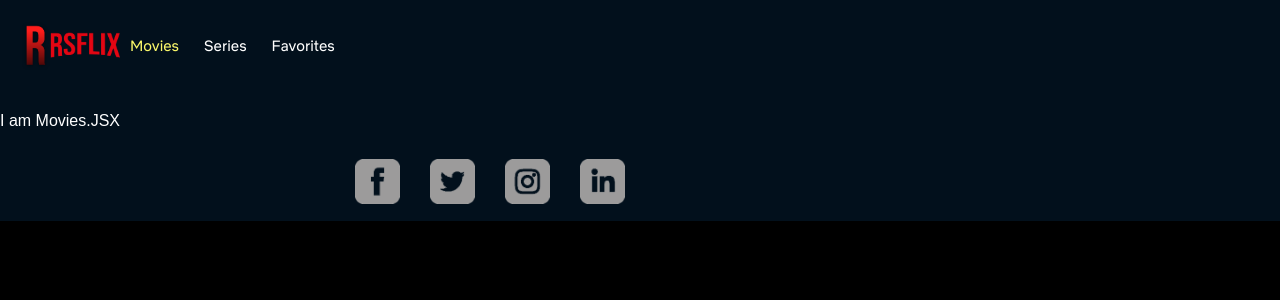
Repository: ronnysalas459/final_project_react
Page: /
These files come from the project's save history. The page is drawn as it stood at one moment and after the next save; the edit follows.
The browser window is 1280 px wide. The pictures show the whole page.
The project was rebuilt for these pictures with package versions that can differ from the ones it lists, and the page was loaded fresh each time. Also part of the build but not shown: src/containers/Series.jsx, src/containers/Favorites.jsx.

Above is the page before, as saved 2021-09-29 20:55:33.

### src/index.jsx
import React from "react";
import ReactDOM from "react-dom";
import { Provider } from "react-redux";
import { compose } from "redux";
import { createStore, applyMiddleware } from "redux";
import logger from "redux-logger";
import reducer from "./reducers";
import App from "./routes/App";

const initialState = {
  favoriteMovies: [],
  sectionActive: "Movies",
};

const composeEnhancers = window.__REDUX_DEVTOOLS_EXTENSION_COMPOSE__ || compose;

//store

const store = createStore(
  reducer,
  initialState,
  composeEnhancers(applyMiddleware(logger))
);

ReactDOM.render(
  <Provider store = { store }>
    <App />
  </Provider>,
  document.getElementById("root")
);

### src/reducers/index.js
const reducer = (state, action) => {
  switch (action.type) {
    case "SET_FAVORITE":
      return {
        ...state,
        favoriteMovies: [...state.favoriteMovies, action.payload],
      };
    case "DELETE_FAVORITE":
      return {
        ...state,
        favoriteMovies: state.favoriteMovies.filter(
          (items) => items.data.id !== action.payload
        ),
      };
    case "SET_SECTION":
      return {
        ...state,
        sectionActive: action.payload,
      };
    default:
      return state;
  }
};

export default reducer;

### src/routes/App.jsx
import React from "react";
import { BrowserRouter, Switch, Route } from "react-router-dom";
import "../assets/styles/App.scss";
import Movies from "../containers/Movies";
import Series from "../containers/Series";
import Favorites from "../containers/Favorites";
import Layout from "../components/Layout";

const App = () => (
  <BrowserRouter>
    <Layout>
      <Switch>
        <Route exact path="/favorites" component={Favorites} />
        <Route exact path="/series" component={Series} />
        <Route exact path="/" component={Movies} />
      </Switch>
    </Layout>
  </BrowserRouter>
);
export default App;

### src/assets/styles/App.scss
@import './Vars.scss';

@mixin colCenCen {
  display: flex;
  flex-direction: column;
  padding: 20px;
}

@mixin flexBetCen {
  display: flex;
  justify-content: space-between;
  align-items: center;
}

@mixin flexCenCen {
  display: flex;
  justify-content: center;
  align-items: center;
}

@mixin flexStaSta {
  display: flex;
  justify-content: flex-start;
  align-items: flex-start;
}

* {
  box-sizing: border-box;
}

a:link,
a:visited {
  color: inherit;
  text-decoration: none;
}

body {
  margin: 0;
  background-color: $dark-color;
  color: $light-color;
  font-family: $text-font;
}

h1,
h2,
h3,
h3,
h4,
h5,
h6 {
  color: $primary-color;
  font-family: $title-font;
}

figure {
  margin: 0;
  padding: 0;
}

section {
  min-height: calc(100vh - 300px);
}

### src/containers/Movies.jsx
import React from 'react'

const Movies = () => (
    <p>
        I am Movies.JSX
    </p>
)

export default Movies

### src/components/Layout.jsx
import React from 'react'
import "../assets/styles/components/Layout.scss";
import Footer from "./Footer";
import Header from "./Header";

const Layout = ({ children }) => (
    <div className="layout">
        <Header />
        { children }
        <Footer />
    </div>

);

export default Layout

### src/assets/styles/Vars.scss
@import '../fonts/style.scss';

//Fonts
$title-font: 'Netflix Sans Regular', 'Netflix Sans Bold';
$text-font: 'Source Sans Pro', sans-serif;

//Colors
$primary-color: #65fafb;
$secondary-color: #62c241;
$success-color: #faf76a;
$dark-color: #000000;
$light-color: #ffffff;
$danger-color: #fc859e;

### src/assets/fonts/style.scss
/* #### Generated By: http://www.cufonfonts.com #### */

    @font-face {
    font-family: 'Netflix Sans Regular';
    font-style: normal;
    font-weight: normal;
    src: local('Netflix Sans Regular'), url('NetflixSansRegular.woff') format('woff');
    }


    @font-face {
    font-family: 'Netflix Sans Icon';
    font-style: normal;
    font-weight: normal;
    src: local('Netflix Sans Icon'), url('NetflixSansIcon.woff') format('woff');
    }


    @font-face {
    font-family: 'Netflix Sans Thin';
    font-style: normal;
    font-weight: normal;
    src: local('Netflix Sans Thin'), url('NetflixSansThin.woff') format('woff');
    }


    @font-face {
    font-family: 'Netflix Sans Light';
    font-style: normal;
    font-weight: normal;
    src: local('Netflix Sans Light'), url('NetflixSansLight.woff') format('woff');
    }


    @font-face {
    font-family: 'Netflix Sans Medium';
    font-style: normal;
    font-weight: normal;
    src: local('Netflix Sans Medium'), url('NetflixSansMedium.woff') format('woff');
    }


    @font-face {
    font-family: 'Netflix Sans Bold';
    font-style: normal;
    font-weight: normal;
    src: local('Netflix Sans Bold'), url('NetflixSansBold.woff') format('woff');
    }


    @font-face {
    font-family: 'Netflix Sans Black';
    font-style: normal;
    font-weight: normal;
    src: local('Netflix Sans Black'), url('NetflixSansBlack.woff') format('woff');
    }

### src/assets/styles/components/Layout.scss
@import "../App.scss";

.layout {
  background: #000
    url(../../static/images/background.png) repeat top
    center;
  z-index: 0;
}

### src/components/Footer.jsx
import React from "react";
import logoFacebook from "../assets/static/icons/facebook.png";
import logoTwitter  from "../assets/static/icons/twitter.png";
import logoInstagram  from "../assets/static/icons/instagram.png";
import logoLinkedin  from "../assets/static/icons/linkedin.png";
import "../assets/styles/components/Footer.scss";

const Footer = () => (
  <footer className="footer">
    <div className="footer__made">
      <a
        className="option"
        href="https://www.facebook.com/ronny.salas.7"
        rel="noopener noreferrer"
        target="_blank"
      >
         <img src={logoFacebook} alt="logo" width="45" height="45"></img>
      </a>
      <a
        className="option"
        href="https://twitter.com/RonnySalas"
        rel="noopener noreferrer"
        target="_blank"
      >
        <img src={logoTwitter} alt="logo" width="45" height="45"></img>
      </a>
      <a
        className="option"
        href="https://www.instagram.com/rsalas459/?hl=es"
        rel="noopener noreferrer"
        target="_blank"
      >
        <img src={logoInstagram} alt="logo" width="45" height="45"></img>
      </a>
      <a
        className="option"
        href="https://www.linkedin.com/in/ronny-salas-2525ab13a"
        rel="noopener noreferrer"
        target="_blank"
      >
        <img src={logoLinkedin} alt="logo" width="45" height="45"></img>
      </a>
    </div>
  </footer>
);

export default Footer;

### src/components/Header.jsx
import React from "react";
import { Link } from "react-router-dom";
import { useSelector, useDispatch } from "react-redux";
import { setSection } from "../actions";
import "../assets/styles/components/Header.scss";
import Logo from "../assets/static/images/logo.png";

const Header = () => {
  const sectionActive = useSelector((state) => state.sectionActive);
  const dispatch = useDispatch();

  const handleSetSection = (section) => {
    dispatch(setSection(section));
  };
  return (
    <header className="header">
      <figure className="header__logo">
        <img className="header__logo-img" src={Logo} alt="Netflix" />
      </figure>
      <nav className="header__nav">
        <ul className="header__nav__options">
          <li
            onclick={() => handleSetSection("Movies")}
            className={`header__nav__options-item ${
              sectionActive === "Movies" ? "active" : ""
            }`}
          >
            <Link to="/">Movies</Link>
          </li>
          <li
            onClick={() => handleSetSection("Favorites")}
            className={`header__nav__options-item ${
              sectionActive === "Favorites" ? "active" : ""
            }`}
          >
            <Link to="/series">Series</Link>
                  </li>
                  <li
            onClick={() => handleSetSection("Favorites")}
            className={`header__nav__options-item ${
              sectionActive === "Favorites" ? "active" : ""
            }`}
          >
            <Link to="/favorites">Favorites</Link>
          </li>
        </ul>
      </nav>
    </header>
  );
};

export default Header;

### src/assets/styles/components/Footer.scss
@import '../App.scss';

.footer {
  @include flexBetCen;
  margin: 0 20px;
  height: 75px;
}

.footer__made {
  @include flexStaSta;
  width: 50%;
  height: 100%;
  display: flex;
  align-items: center;
  justify-content: flex-end;

  .option {
    padding: 10px 15px;
    cursor: pointer;
  }
}

.logo {
  display:flex;
  cursor: pointer;
  width: 45px;
  height: 45px;
  position: relative;
  top: -25px;
  left: 245px;
}

.logo-img {
  color: #00a9e6;

}

.footer__location {
  span {
    color: #14b600;
  }
}

### src/actions/index.js
export const setFavorite = (payload) => ({
  type: "SET_FAVORITE",
  payload,
});

export const deleteFavorite = (payload) => ({
  type: "DELETE_FAVORITE",
  payload,
});

export const setSection = (payload) => ({
  type: "SET_SECTION",
  payload,
});

### src/assets/styles/components/Header.scss
@import '../App.scss';

.header {
  @include colCenCen;
  display: flex;
  flex-direction: row;
}

.header__logo-img {
  width: 100px;
  height: auto;
}

.header__nav__options {
  @include flexCenCen;
  padding: 0px;
}

.header__nav__options-item {
  margin-right: 25px;
  font-size: 15px;
  font-family: $title-font;
  list-style-type: none;
}

.header__nav__options-item.active {
  color: $success-color
}

.header__nav__options-item:first-child {
  margin-left: 10px;
}
.header__nav__options-item:last-child {
  margin-right: 0;
}

.header__nav__options-item:hover {
  cursor: pointer;
  color: $success-color;
}

Loaded but not shown: public/index.html (common file)

After the next save:
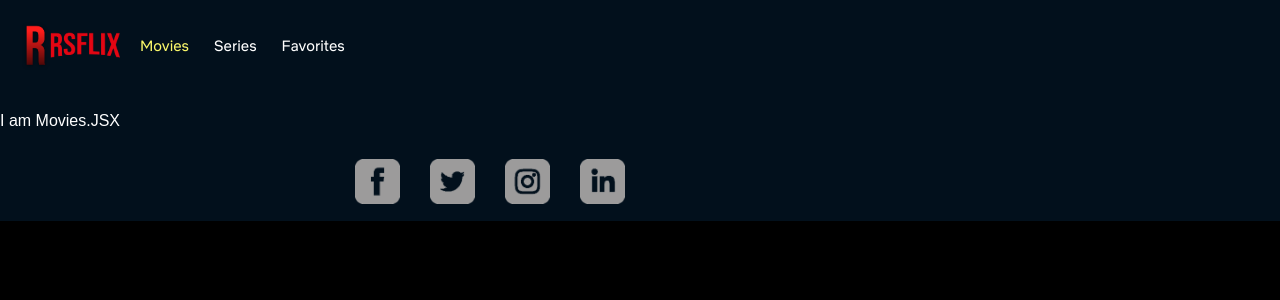
Saved 6 s later.
--- a/src/assets/styles/components/Header.scss
+++ b/src/assets/styles/components/Header.scss
@@ -28,7 +28,7 @@
 }
 
 .header__nav__options-item:first-child {
-  margin-left: 10px;
+  margin-left: 20px;
 }
 .header__nav__options-item:last-child {
   margin-right: 0;
